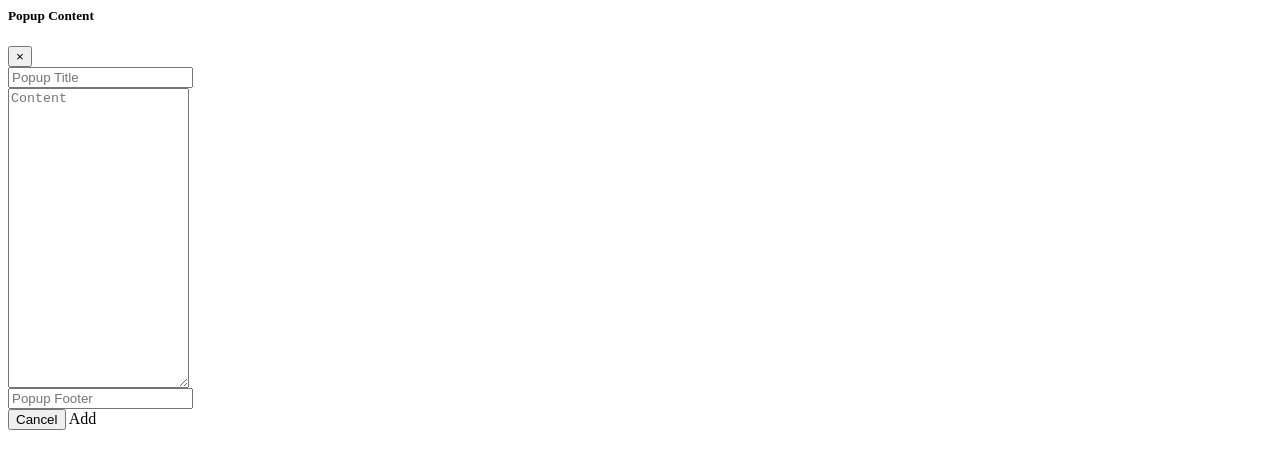
Repository: aache/alhayat
Page: http://localhost/admin/add_popup.php
The author's editor kept a copy of each file at every save. The page is drawn from the files as they stood at one save, then again after the next save.
The browser window is 1280 px wide. The pictures show the whole page.
The page is run by PHP 8.4 with error messages shown; the project is at /var/www/html/.

Above is the page before, as saved 2019-04-21 15:40:23.

### admin/add_popup.php
<div class="modal fade" id="addContactModal" tabindex="-1" role="dialog" aria-labelledby="exampleModalLabel" aria-hidden="true">
    <div class="modal-dialog" role="document">
      <div class="modal-content">
        <div class="modal-header">
          <h5 class="modal-title" id="exampleModalLabel">Popup Content</h5>
          <button class="close" type="button" data-dismiss="modal" aria-label="Close">
            <span aria-hidden="true">×</span>
          </button>
        </div>
        <div class="modal-body">
            <div class="col-md-8 m-2">
                <input type="text" name="popup_title" id="popup_title" placeholder="Popup Title" class="form-control"/>
            </div>
            <div class="col-md-8 m-2">
                <textarea name="popup_content"  id="popup_content" placeholder="Content" style="height:300px" class="form-control"></textarea>
            </div>
            <div class="col-md-8 m-2">
            <input type="text" name="popup_footer" id="popup_footer" placeholder="Popup Footer" class="form-control"/>
            </div>
        </div>
        <div class="modal-footer">
          <button class="btn btn-secondary" type="button" data-dismiss="modal">Cancel</button>
          <a class="btn btn-primary"  onclick="updatePopup()">Add</a>
        </div>
      </div>
    </div>
  </div>

After the next save:
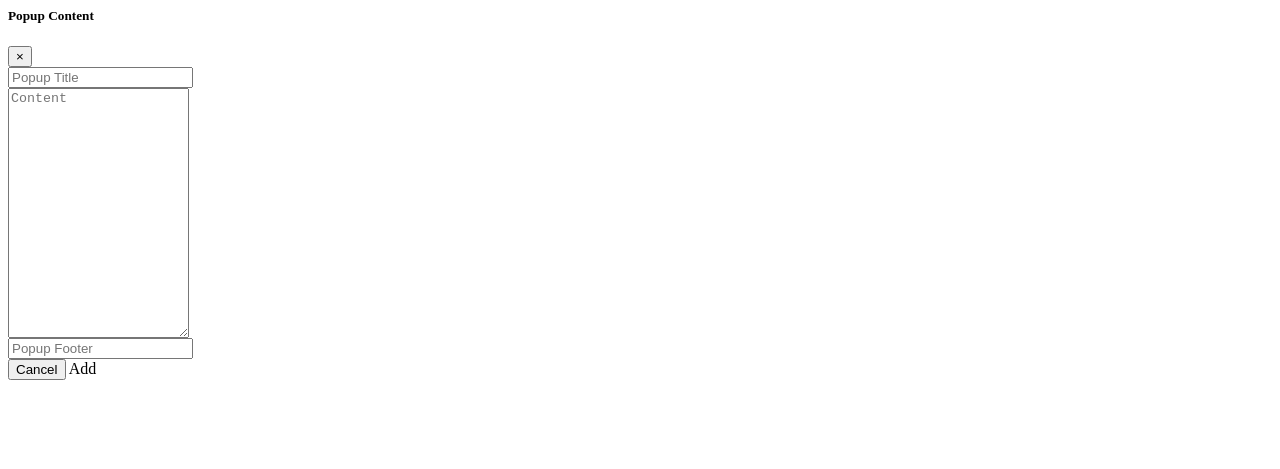
Saved 14 s later.
--- a/admin/add_popup.php
+++ b/admin/add_popup.php
@@ -12,7 +12,7 @@
                 <input type="text" name="popup_title" id="popup_title" placeholder="Popup Title" class="form-control"/>
             </div>
             <div class="col-md-8 m-2">
-                <textarea name="popup_content"  id="popup_content" placeholder="Content" style="height:300px" class="form-control"></textarea>
+                <textarea name="popup_content"  id="popup_content" placeholder="Content" style="height:250px" class="form-control"></textarea>
             </div>
             <div class="col-md-8 m-2">
             <input type="text" name="popup_footer" id="popup_footer" placeholder="Popup Footer" class="form-control"/>
